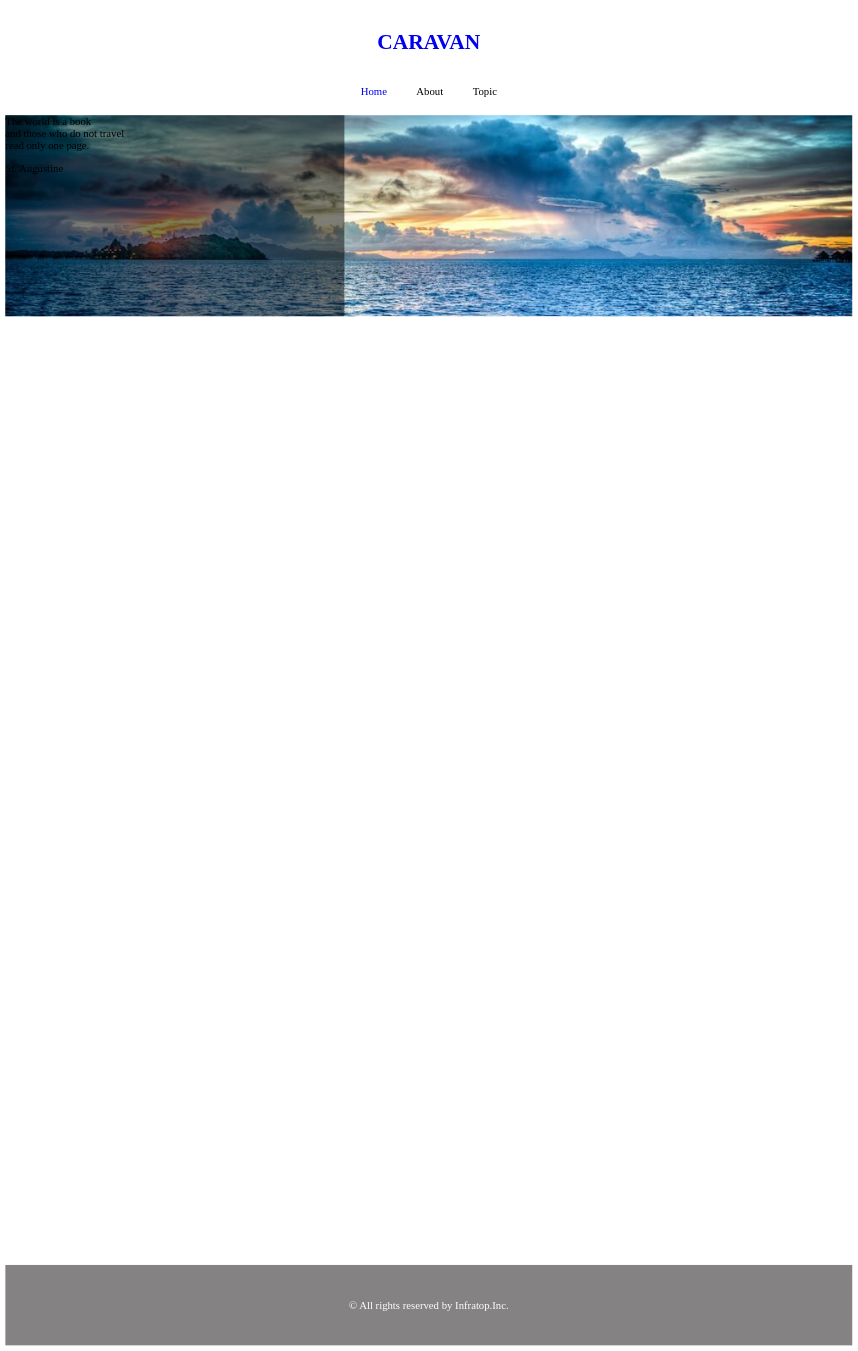
Repository: t-sato-infratop/environment
Page: caravan/index.html
The author's editor kept a record of every edit. The page is drawn from the files as they stood at one moment, then again after the next edit.
The browser window is 1280 px wide. The pictures show the whole page, at 67% of full size.

Above is the page before.

### caravan/index.html
<!DOCTYPE html>
<html lang="ja">
  <head>
    <meta charset="UTF-8" />
    <link rel="stylesheet" href="style.css" />
    <title>CARAVAN</title>
  </head>

  <body>
    <header>
      <h1 class="heading">
        <a href="index.html">
          CARAVAN
        </a>
      </h1>
    </header>

    <nav>
      <ul class="nav-list">
        <li class="nav-list-item">
          <a href="index.html">Home</a>
        </li>
        <li class="nav-list-item">About</li>
        <li class="nav-list-item">Topic</li>
      </ul>
    </nav>

    <div class="main-visual">
      <div class="main-visual-content">
        <p class="main-visual-text">
            The world is a book<br />
            and those who do not travel<br />
            read only one page.
        </p>
        <p class="main-visual-name">
            St. Augustine
        </p>
      </div>
    </div>
    <div class="main">
      <div class="blog"></div>
      <div class="sidebar"></div>
    </div>

    <footer>
      <p class="footer-text">© All rights reserved by Infratop.Inc.</p>
    </footer>
  </body>
</html>

### caravan/style.css

a {
  text-decoration: none;
}

header {
  width: 90%;
  padding: 15px 0;
  margin: 0 auto;
  text-align: center;
}

header .header {
  font-size: 32px;
}

.nav-list {
  text-align: center;
  padding: 10px 0;
  margin: 0 auto;
}

.nav-list-item {
  list-style: none;
  display: inline-block;
  margin: 0 20px;
}

.main-visual {
  width: 100%;
  height: 300px;
  background-image: url(../img/mv.jpg);
  background-size: cover;
  background-position: center;
}

.main-visual-content {
  height: 300px;
  width: 40%;
  background-color: rgb(0,0,0,0.5);
}

.main-visual-text {
}

.main {
  width: 840px;
  display: flex;
  justify-content: center;
  margin: 0 auto;
}

.blog {
  width: 800px;
  height: 1400px;
}

.sidebar {
  width: 240px;
  height: 1400px;
}

footer {
  width: 100%;
  height: 120px;
  text-align: center;
  line-height: 120px;
  background-color: #848282;
}

.footer-text {
  color: #fff
}

After the next edit:
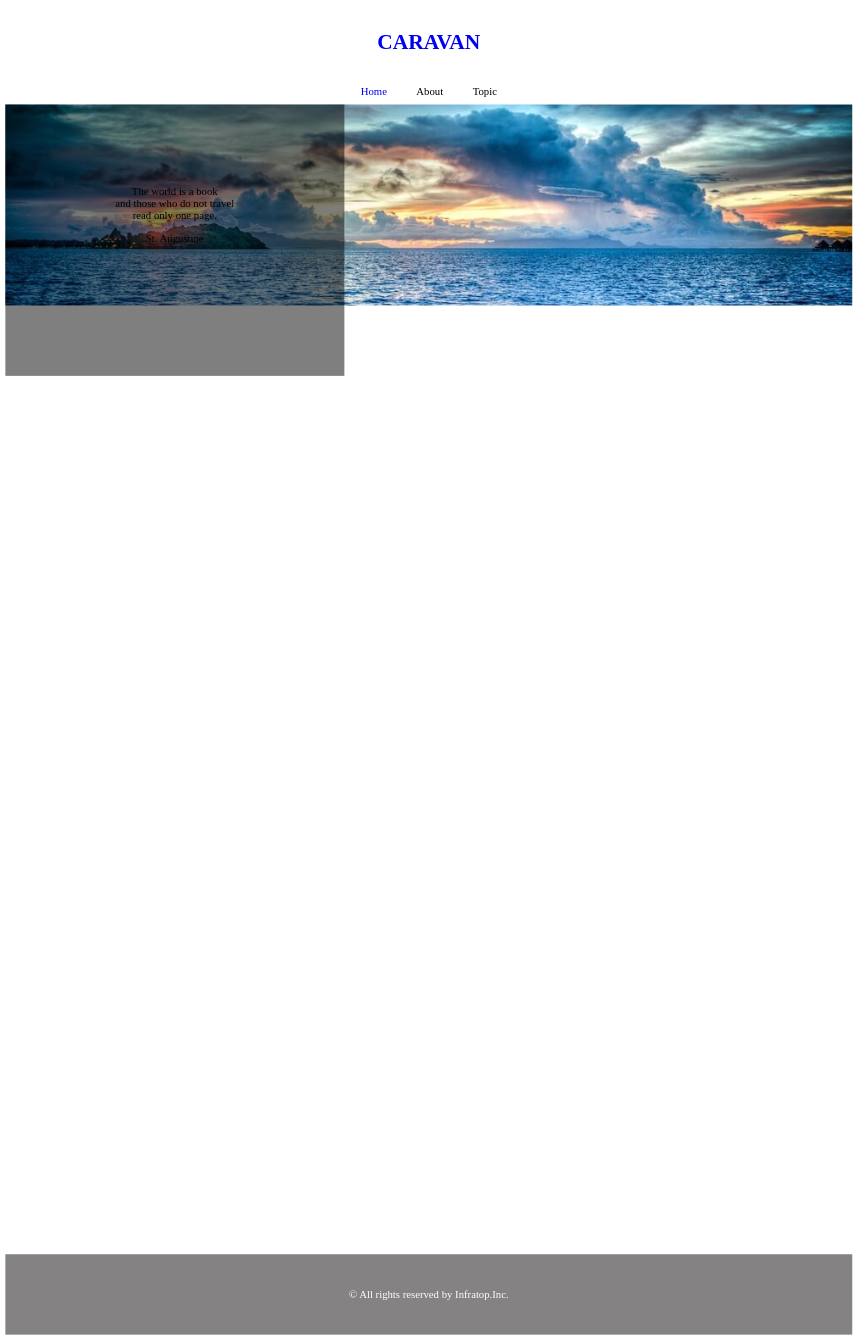
The edit:
--- a/caravan/style.css
+++ b/caravan/style.css
@@ -38,6 +38,8 @@
   height: 300px;
   width: 40%;
   background-color: rgb(0,0,0,0.5);
+  text-align: center;
+  padding-top: 105px;
 }
 
 .main-visual-text {
